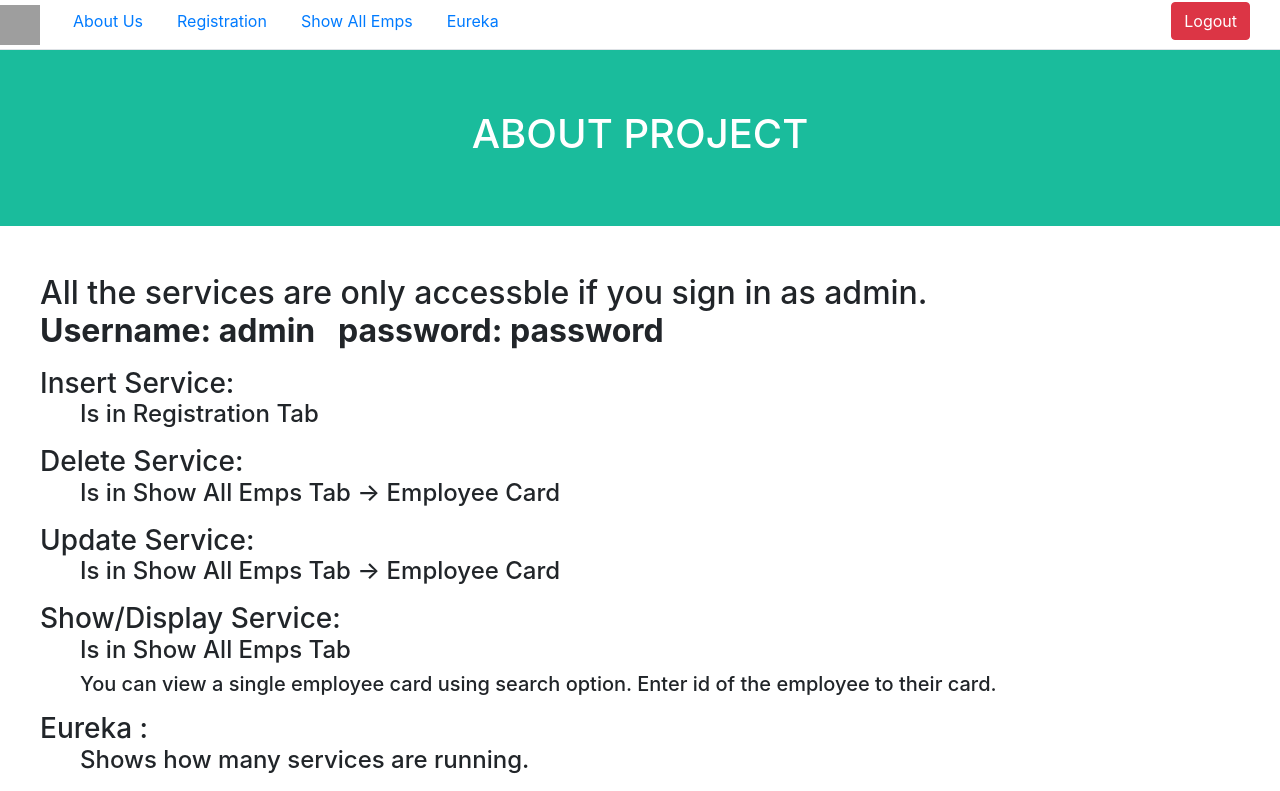
Repository: Shwetank-Chaudhary/EmployeeManagement-
Page: HomePage/src/main/webapp/AboutUs.html
An editor plug-in stored every save of this project. The page is shown before and after the next save, followed by the edit.
The browser window is 1280 px wide. The pictures show the whole page.
Pictures or frames that could not be fetched are drawn as grey boxes.

Above is the page before, as saved 2024-01-01 17:23:42.

### HomePage/src/main/webapp/AboutUs.html
<!DOCTYPE html>
<html>

<head>
	<meta charset="UTF-8">
	<title>ABOUT PROJECT</title>
	<link rel="stylesheet" href="https://cdn.jsdelivr.net/npm/bootstrap@4.0.0/dist/css/bootstrap.min.css"
		integrity="sha384-Gn5384xqQ1aoWXA+058RXPxPg6fy4IWvTNh0E263XmFcJlSAwiGgFAW/dAiS6JXm" crossorigin="anonymous"
		type="text/css">

	<style>
		.header {
			padding: 60px;
			text-align: center;
			background: #1abc9c;
			color: white;
			font-size: 30px;
		}

		#logout {
			position: absolute;
			right: 30px;
			top: 2px;
		}
	</style>
</head>

<body>
	<ul class="nav nav-tabs">
		<!-- Logo -->
		<li class="nav-item">
			<a class="navbar-brand" href="Home.html">
				<img src="https://drive.google.com/uc?id=1iFuzqzRuZ8NSsH9akJaVqbD3UM7I9Yh6" alt="Logo" height="40"
					width="40">
			</a>
		</li>
		<li class="nav-item-active">
			<a class="nav-link" href="AboutUs.html">About Us</a>
		</li>
		<li class="nav-item">
			<a class="nav-link" href="./Registration.html">Registration</a>
		</li>
		<li class="nav-item">
			<a class="nav-link" href="ADMIN_showemp.html">Show All Emps</a>
		</li>
		<li class="nav-item">
			<a class="nav-link" href="http://localhost:8761/">Eureka</a>
		</li>

		<li class="nav-item">
			<a href="http://localhost:1080/logout"><button class="btn btn-danger" id="logout">Logout</button></a>
		</li>
	</ul>
	<div class="header">
		<h1>ABOUT PROJECT</h1>
	</div>
	<div><br><br>
		<ul><h2>All the services are only accessble if you sign in as admin.<br>
		<b>Username: admin &nbsp; password: password</b></h2></ul>
		<h3>
			<ul>Insert Service:
			<h4><ul>Is in Registration Tab</ul></h4>
		</h3>

		<h3>
			<ul>Delete Service:
			<h4><ul>Is in Show All Emps Tab -> Employee Card</ul></h4>
		</h3>

		<h3>
			<ul>Update Service:
			<h4><ul>Is in Show All Emps Tab -> Employee Card</ul></h4>
		</h3>

		<h3>
			<ul>Show/Display Service:
			<h4><ul>Is in Show All Emps Tab </ul></h4>
			<h5><ul>You can view a single employee card using search option. Enter id of the employee to their card.</ul></h5>
		</h3>

		<h3>
			<ul>Eureka :
			<h4><ul>Shows how many services are running.</ul></h4>
		</h3>
		</div>

</body>

</html>

After the next save:
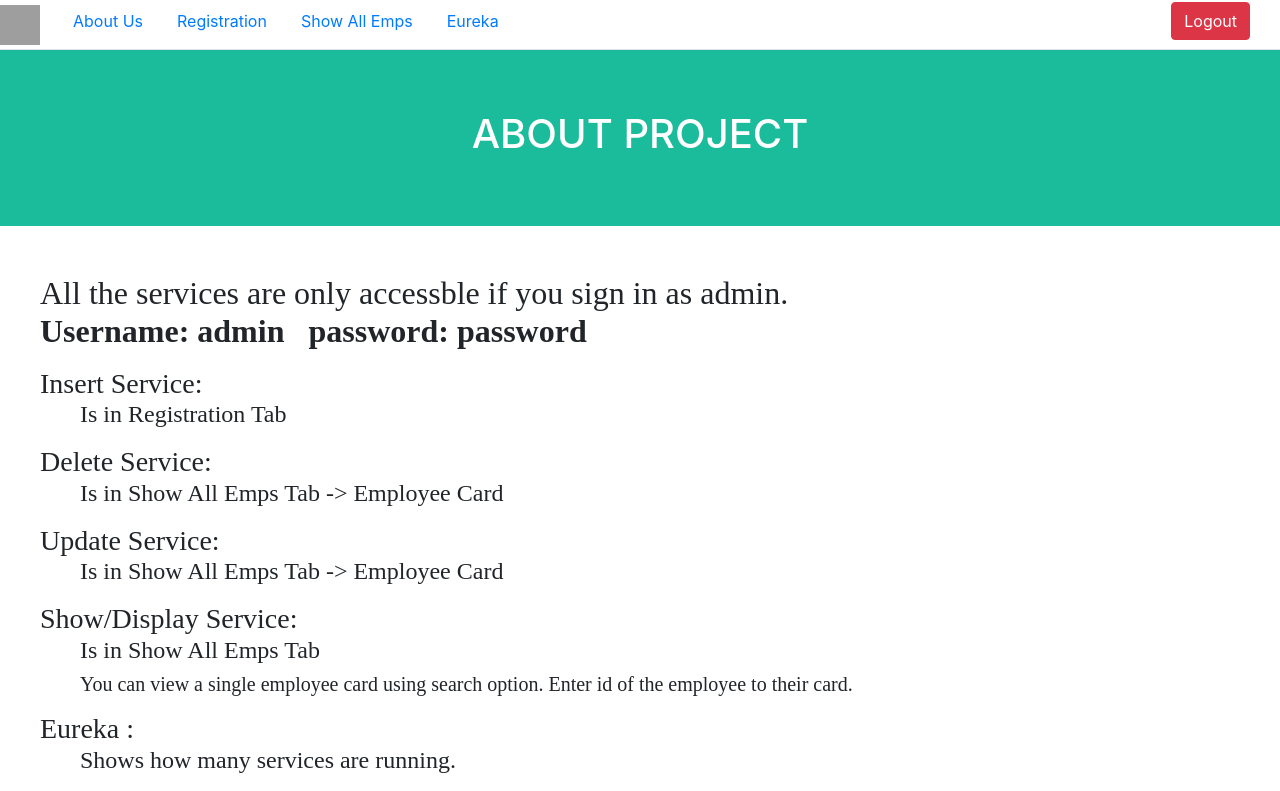
Saved 30 s later.
--- a/HomePage/src/main/webapp/AboutUs.html
+++ b/HomePage/src/main/webapp/AboutUs.html
@@ -21,6 +21,9 @@
 			position: absolute;
 			right: 30px;
 			top: 2px;
+		}
+		.content{
+			font-family: cursive;
 		}
 	</style>
 </head>
@@ -54,7 +57,7 @@
 	<div class="header">
 		<h1>ABOUT PROJECT</h1>
 	</div>
-	<div><br><br>
+	<div class="content"><br><br>
 		<ul><h2>All the services are only accessble if you sign in as admin.<br>
 		<b>Username: admin &nbsp; password: password</b></h2></ul>
 		<h3>
